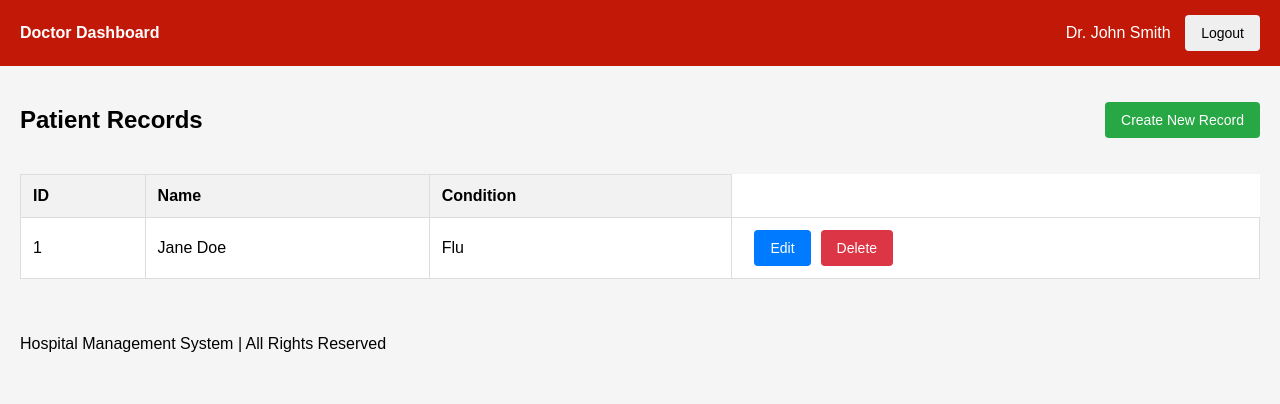
Repository: BinuriJ/HospitalSystem
Page: http://localhost/CyborgSys/DoctorDashboard.jsp
An editor plug-in stored every save of this project. The page is shown before and after the next save, followed by the edit.
The browser window is 1280 px wide. The pictures show the whole page.
The page is served by Tomcat 9.

Above is the page before, as saved 2025-05-09 17:14:21.

After the next save:
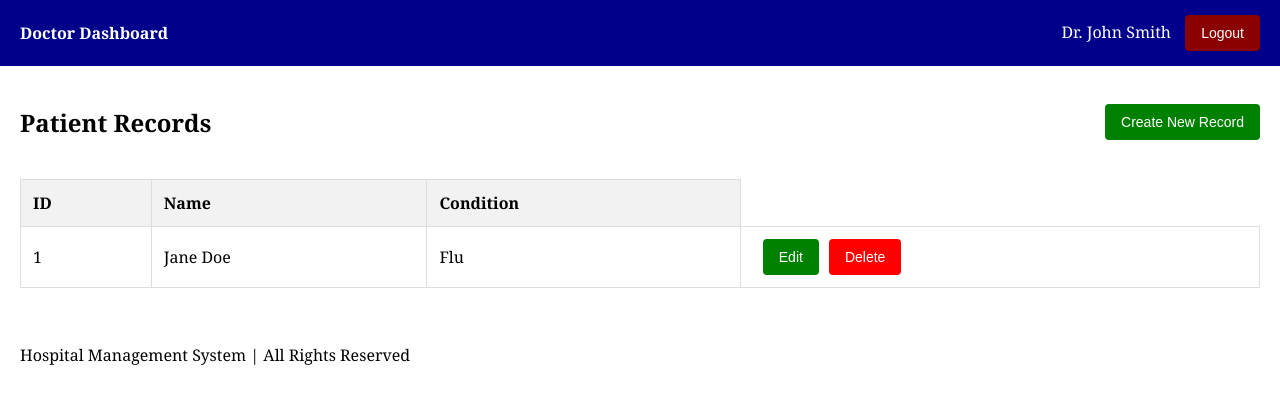
Saved 14 s later.
--- a/CyborgSys/WebContent/DocterDashboardstyles.jsp
+++ b/CyborgSys/WebContent/DocterDashboardstyles.jsp
@@ -1,12 +1,12 @@
 <style>
 body {
-    font-family: Arial, sans-serif;
+    font-family: Cambria, sans-serif;
     margin: 0;
-    background-color: #f5f5f5;
+    background-color: white;
 }
 
 .top-bar {
-    background-color: #c21807;
+    background-color: darkblue;
     color: white;
     padding: 15px 20px;
     display: flex;
@@ -34,17 +34,22 @@ body {
 }
 
 .btn-create {
-    background-color: #28a745;
+    background-color: green;
     color: white;
 }
 
 .btn-edit {
-    background-color: #007bff;
+    background-color: green;
     color: white;
 }
 
 .btn-delete {
-    background-color: #dc3545;
+    background-color: red;
+    color: white;
+}
+
+.btn-logout {
+    background-color: darkred;
     color: white;
 }
 
